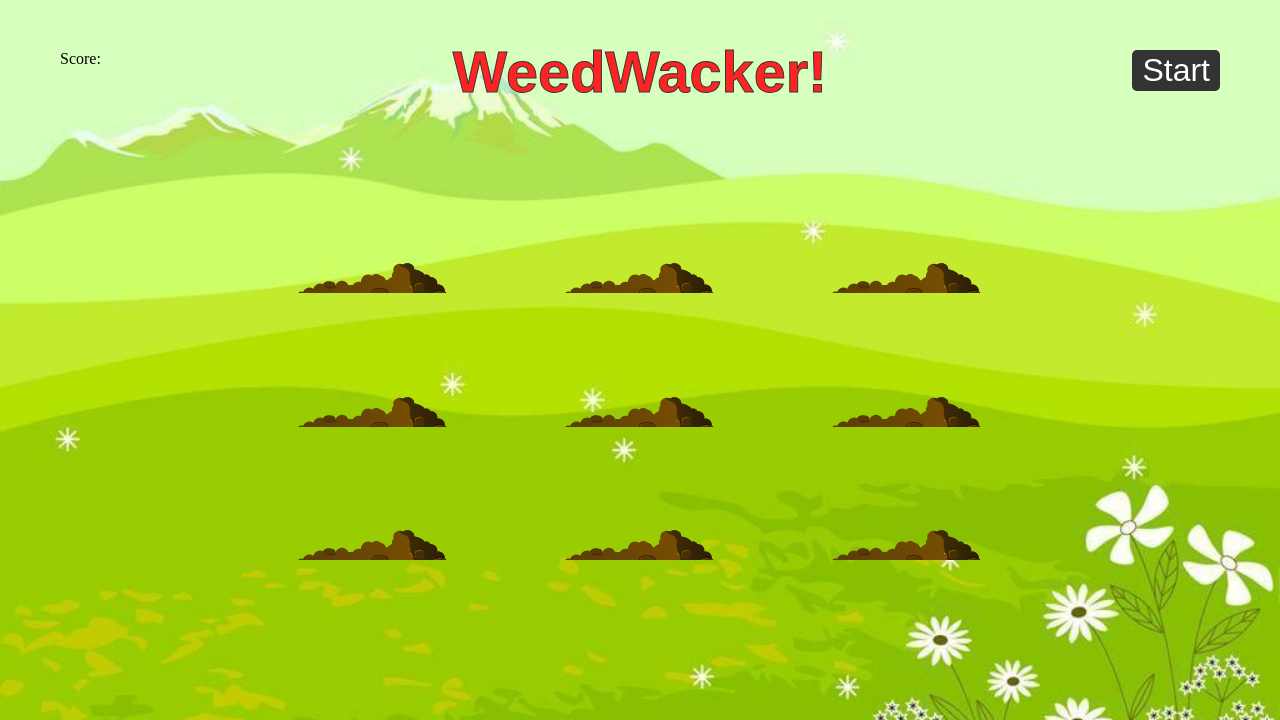
Repository: AustinW24/weedwacker
Page: index.html
These files come from the project's save history. The page is drawn as it stood at one moment and after the next save; the edit follows.
The browser window is 1280 px wide. The pictures show the whole page.
Some web fonts or font styles are not loaded; a fallback is used.

Above is the page before, as saved 2022-02-09 18:55:36.

### index.html
<!DOCTYPE html>
<html lang="en">
<head>
    <meta charset="UTF-8">
    <meta name="viewport" content="width=device-width, initial-scale=1.0">
    <meta http-equiv="X-UA-Compatible" content="ie=edge">
    <title>WeedWacker</title>
    <link href="http://fonts.cdnfonts.com/css/common-pixel" rel="stylesheet">
    <link rel="stylesheet" href="style.css">
</head>

<body>
    <div class="container">
        <div class="score">Score: </div>
        <div class="heading">
            <h1 class="title">WeedWacker!</h1>
        </div>
        <div class="start">
            <button onClick="startGame()">Start</button>
        </div>
        <div class="game">
            <div class="hole hole1">
                <div class="plant"></div>
            </div>
            <div class="hole hole2">
                <div class="plant"></div>
            </div>
            <div class="hole hole3">
                <div class="plant"></div>
            </div>
            <div class="hole hole4">
                <div class="plant"></div>
            </div>
            <div class="hole hole5">
                <div class="plant"></div>
            </div>
            <div class="hole hole6">
                <div class="plant"></div>
            </div>
            <div class="hole hole7">
                <div class="plant"></div>
            </div>
            <div class="hole hole8">
                <div class="plant"></div>
            </div>
            <div class="hole hole9">
                <div class="plant"></div>
            </div>
        </div>
    </div>
            <script src="main.js"></script>
</body>
</html>

### style.css
html{
    box-sizing: border-box;
    margin: 0 auto;
}

*, *:before, *:after {
    box-sizing: inherit;
}

body {
    margin: 0;
    padding: 0;

}

.container {
    height: 100vh;
    width: 100vw;
    background: url("/assets/wwbackground.jpg") no-repeat center;
    background-size: 100%;
    display: flex;
    align-items: center;
    justify-content: center;
    position: relative;
}

.game {
    display: flex;
    flex-wrap: wrap;
    width: 800px;
    height: 400px;
    margin: 0 auto;

    /* display: grid;
    place-items: center;
    grid-template-columns: repeat(3, 1fr);
    grid-template-rows: repeat(3, 1fr);
    column-gap: 10px;
    row-gap: 15px;
    width: 50%;
    height: 80%;
    position: absolute;
    bottom: 0;
    margin-bottom: 10px;
    margin-top: 20%;
    outline: 2px solid blue;
    justify-content: center; */
}

.hole {
    flex: 1 0 33.33%;
    overflow: hidden;
    position: relative;
    margin-top: 10px;

}
.hole:after {
    display: block;
    background: url("/assets/dirt.svg") bottom center no-repeat;
    background-size: contain;
    content: '';
    position: absolute;
    width: 100%;
    height: 60px;
    z-index: 2;
    bottom: -30px;
}

.plant {
    /* background: url("/assets/evilweeds.png") bottom center no-repeat; */
    background-size: 50%;
    top: 100%;
    width: 100%;
    height: 100%;
    transition: all 0.4s ease;
    display: none;
}
.hole.up .plant {
    top: 0;
    height: -25%;
    display: block;
    transition: all 0.4s ease;
    animation: Slide_Up 0.5s ease
}

button {
    font-size: 2rem;
    cursor: pointer;
    border: none;
    background: #333;
    color: #fff;
    border-radius: 5px;
    padding: 2px 10px 2px 10px;
    transition: all 0.5s ease;
}

.heading {
    display: flex;
    position: absolute;
    top: 0;
    margin-top: 0%;
    font-family: 'Common Pixel', sans-serif;
    color: rgb(255, 35, 35);
    font-size: 2vw;
    font-size: 4vh;
    -webkit-text-stroke-width: 1px;
    -webkit-text-stroke-color: rgb(53, 53, 53);
}

.score {
    left: 0;
    position: absolute;
    top: 0;
    margin-top: 50px;
    margin-left: 60px;
}
.start {
    right: 0;
    position: absolute;
    top: 0;
    margin-top: 50px;
    margin-right: 60px;
}

@keyframes Slide_Up {
    0% {
        transform: translateY(100px)
    }
    100% {
        transform: translateY(0)
    }
}

### main.js
const holes = document.querySelectorAll('.hole');
const scoreBoard = document.querySelector('.score');
const plants = document.querySelectorAll('.plant');
const start = document.querySelector('.start');
let lastHole;
let timeUp = false;
let score = 0;

function randomTime(min, max) {
    return Math.round(Math.random() * (max - min) + min)
}

function randomHole(holes) {
    const idx = Math.floor(Math.random() * holes.length);
    const hole = holes[idx];
    if (hole === lastHole) {
        return randomHole(holes)
    }
    lastHole = hole;
    return hole;
}

function randomPicture() {
    let image = Math.round(Math.random() * 11);
    if (image < 6) {
        plants.forEach(indvPlant => {
        indvPlant.style.background = "url('/assets/happyflower.png') bottom center no-repeat"
        indvPlant.classList.add('plant')
        })
    } else {
        plants.forEach(indvPlant => {
            indvPlant.style.background = "url('/assets/evilweeds.png') bottom center no-repeat"
            indvPlant.classList.add('plant')
        })
    }
}

function peep() {
    const time = randomTime(400, 1000);
    const hole = randomHole(holes);
    hole.classList.add('up');
    setTimeout(() => {
        hole.classList.remove('up');
        if (!timeUp) {
            peep();
            randomPicture();
        }}, time);
}

function startGame() {
    score = 0;
    scoreBoard.textContent = "Score: " + score;
    timeUp = false;
    randomPicture();
    peep();
    setTimeout(() => timeUp = true, 10000)
}

function whack(e) {
    if (!e.isTrusted) return;
    score += 100;
    this.parentNode.classList.remove('up');
    scoreBoard.textContent = "Score: " + score;
}


plants.forEach(plant => plant.addEventListener('click', whack))

Loaded but not shown: assets/dirt.svg (40 lines, source omitted)

After the next save:
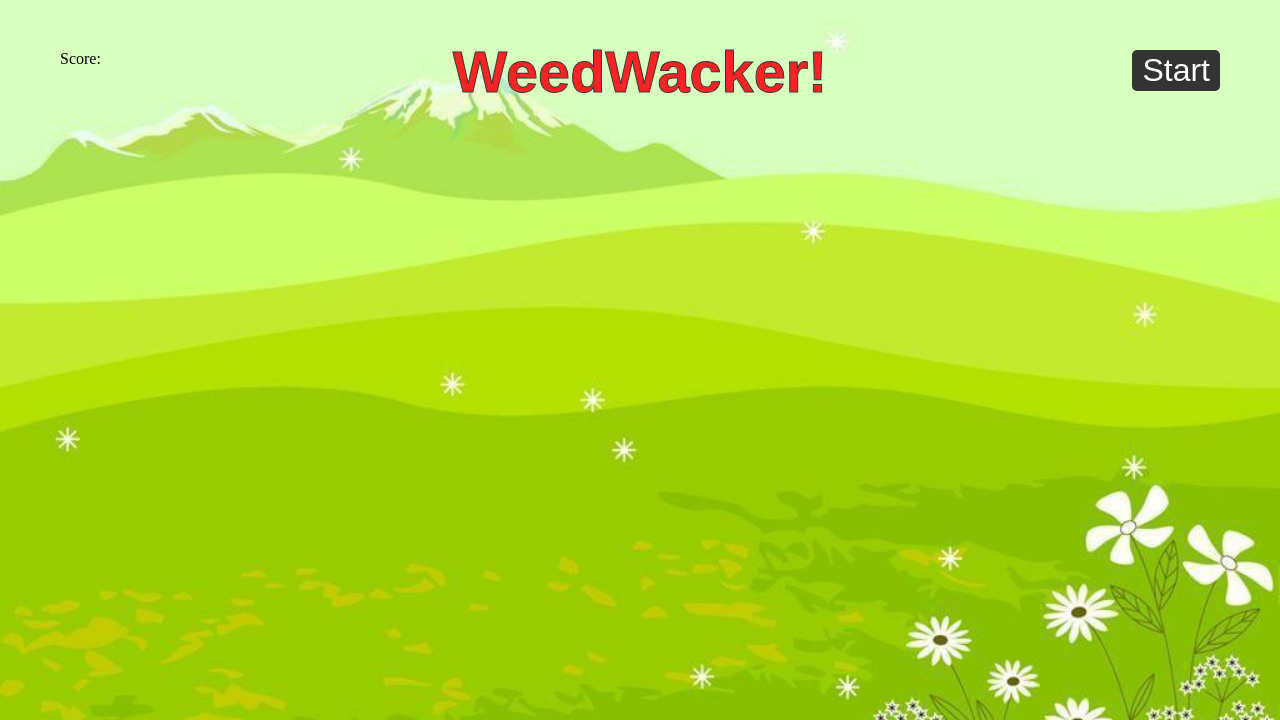
Saved 7 s later.
--- a/style.css
+++ b/style.css
@@ -61,7 +61,7 @@
     content: '';
     position: absolute;
     width: 100%;
-    height: 60px;
+    height: 30px;
     z-index: 2;
     bottom: -30px;
 }

After the save that followed:
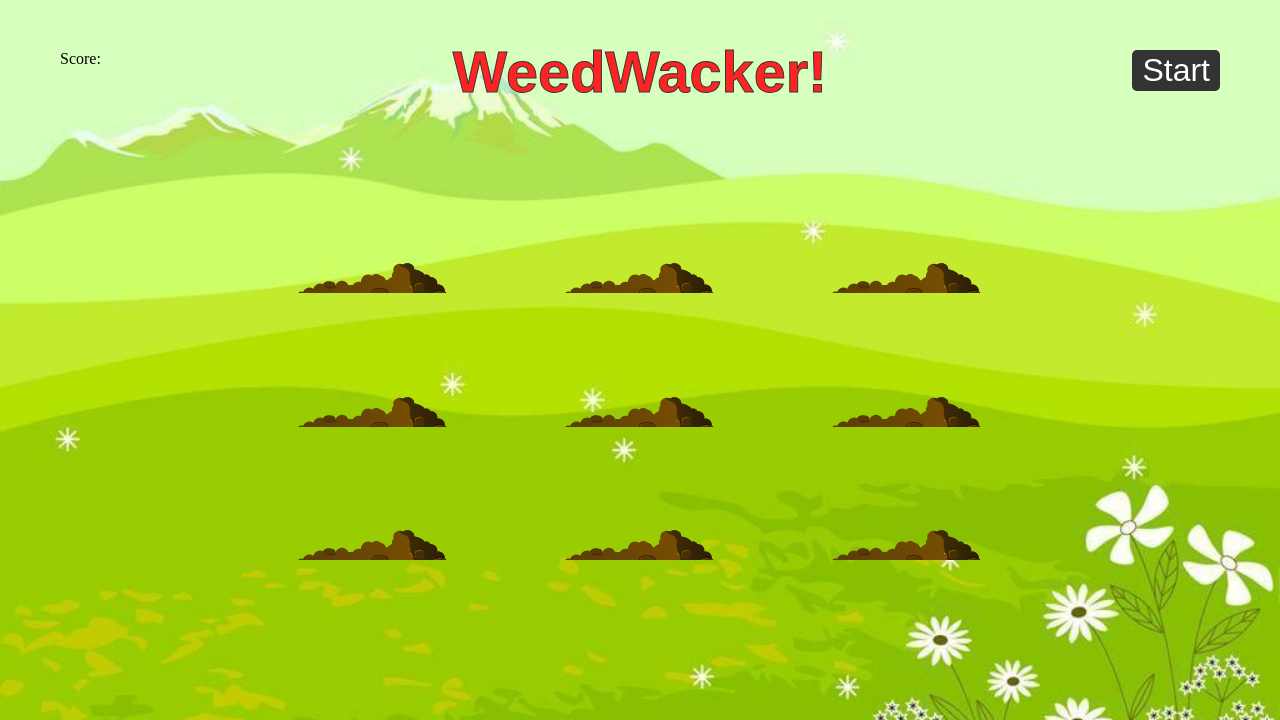
Saved 6 s later.
--- a/style.css
+++ b/style.css
@@ -61,7 +61,7 @@
     content: '';
     position: absolute;
     width: 100%;
-    height: 30px;
+    height: 60px;
     z-index: 2;
     bottom: -30px;
 }
